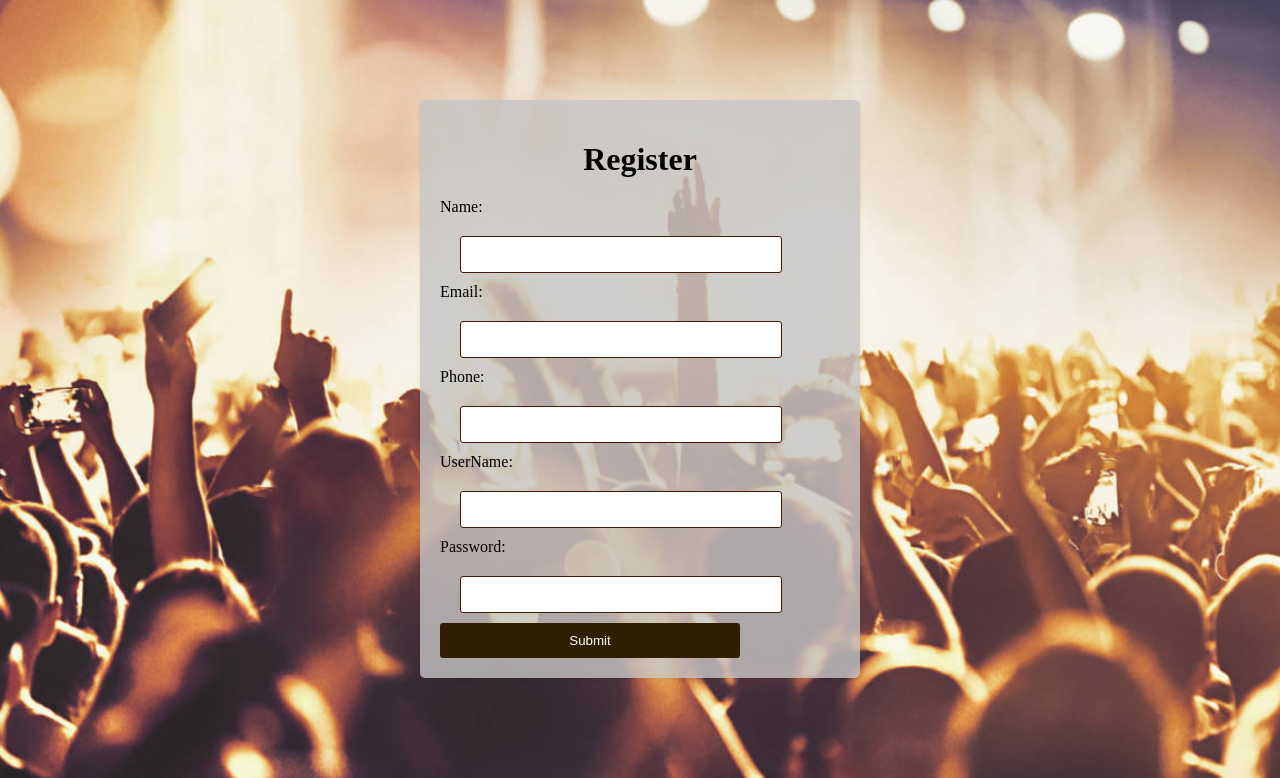
Repository: Dulankayapa/2ndyearoopprojrct
Page: http://localhost/feedback/Registration.jsp
These files come from the project's save history. The page is drawn as it stood at one moment and after the next save; the edit follows.
The browser window is 1280 px wide. The pictures show the whole page.
The page is served by Tomcat 9.

Above is the page before, as saved 2023-10-22 18:40:04.

After the next save:
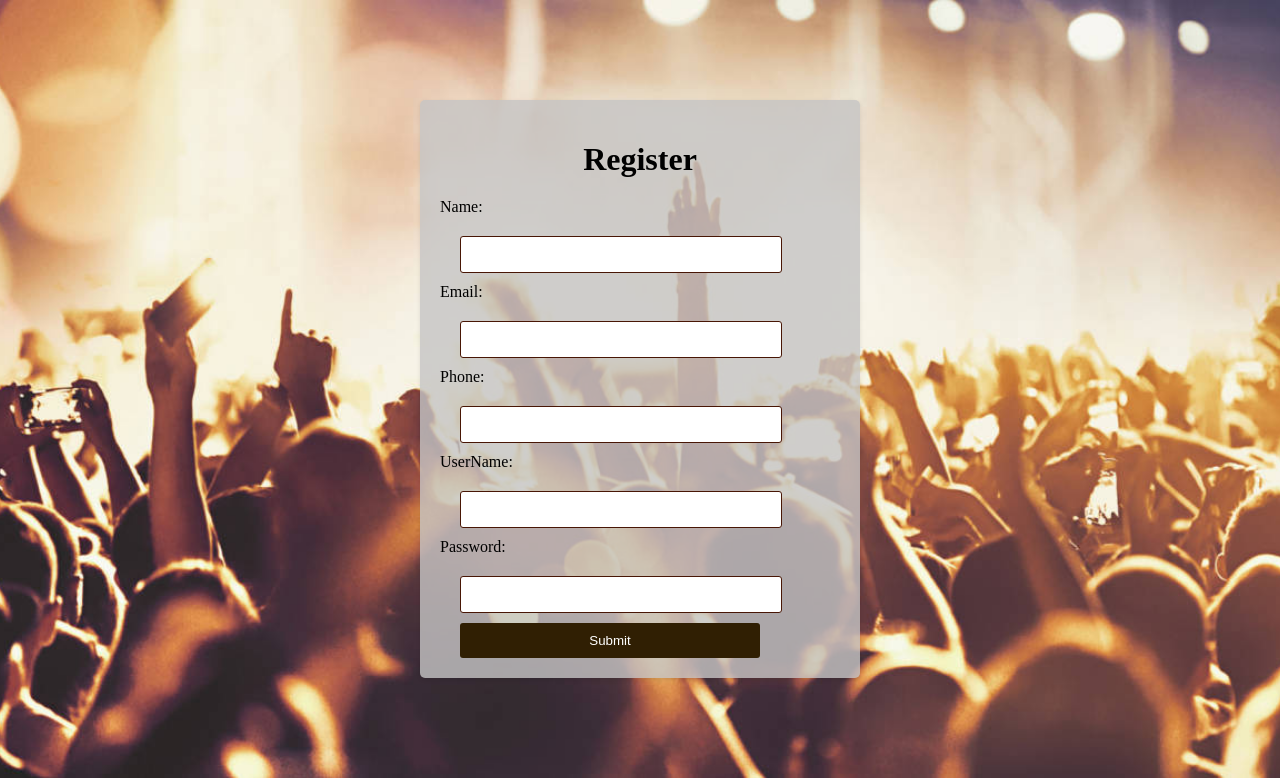
Saved 56 s later.
--- a/feedback/src/main/webapp/Registration.jsp
+++ b/feedback/src/main/webapp/Registration.jsp
@@ -44,7 +44,7 @@
     border: none;
     border-radius: 3px;
     cursor: pointer;
-    text-align: center !important;
+    margin-left:20px;
   }
 
   input[type="submit"]:hover {
